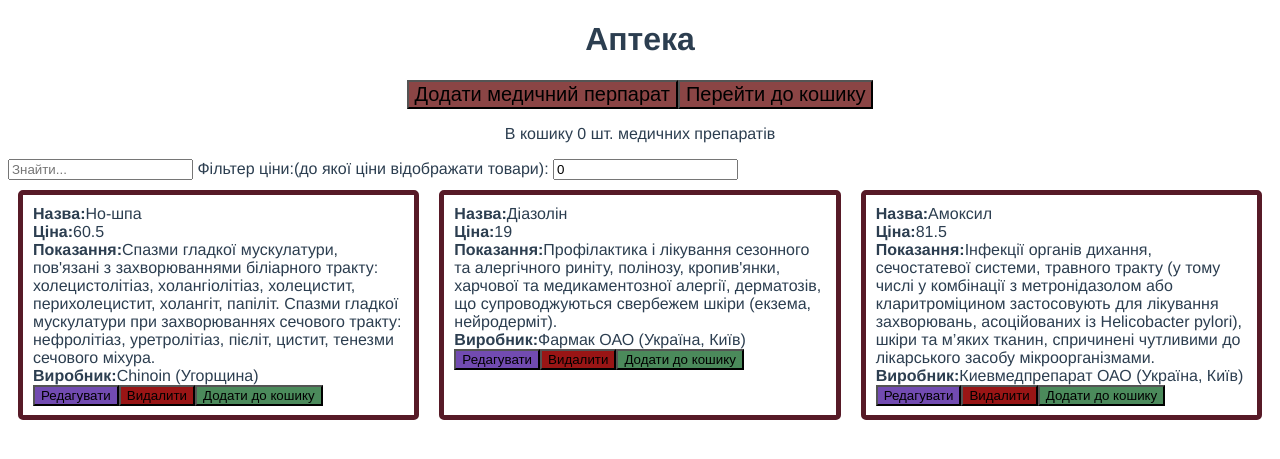
Repository: kristinap8/pharmacy
Page: /
These files come from the project's save history. The page is drawn as it stood at one moment and after the next save; the edit follows.
The browser window is 1280 px wide. The pictures show the whole page.
The project was rebuilt for these pictures with package versions that can differ from the ones it lists, and the page was loaded fresh each time. Also part of the build but not shown: src/components/AddMedicineForm/index.vue, src/pages/AddMedicine/index.vue, src/components/EditMedicineForm/index.vue, src/pages/EditMedicine/index.vue, src/components/CartForm/index.vue, src/pages/Cart/index.vue.

Above is the page before, as saved 2020-12-10 09:44:16.

After the next save:
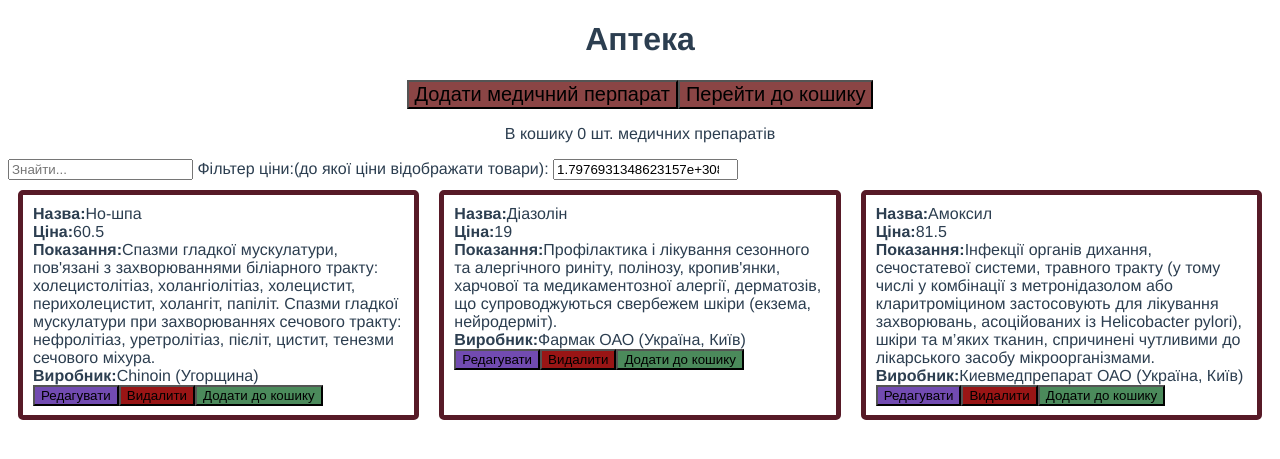
Saved 23 s later.
--- a/src/components/MedicinesList/index.vue
+++ b/src/components/MedicinesList/index.vue
@@ -32,7 +32,7 @@ import MedicineCard from "./MedicineCard"
         data() {
             return {
                 search: '',
-                price:0
+                price:Number.MAX_VALUE
             }
         },
         computed: {

After the save that followed:
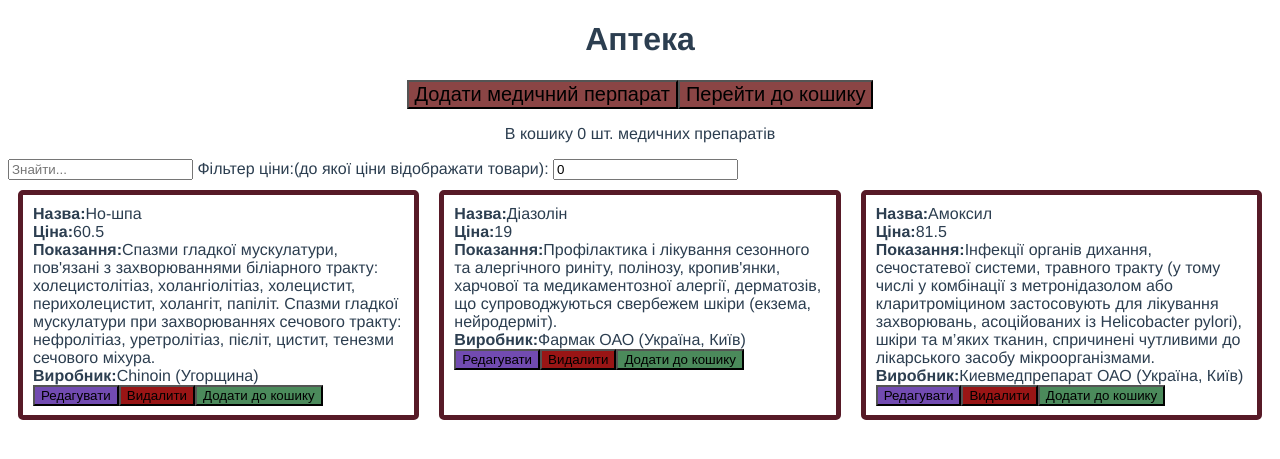
Saved 41 s later.
--- a/src/components/MedicinesList/index.vue
+++ b/src/components/MedicinesList/index.vue
@@ -32,7 +32,7 @@ import MedicineCard from "./MedicineCard"
         data() {
             return {
                 search: '',
-                price:Number.MAX_VALUE
+                price:0
             }
         },
         computed: {
